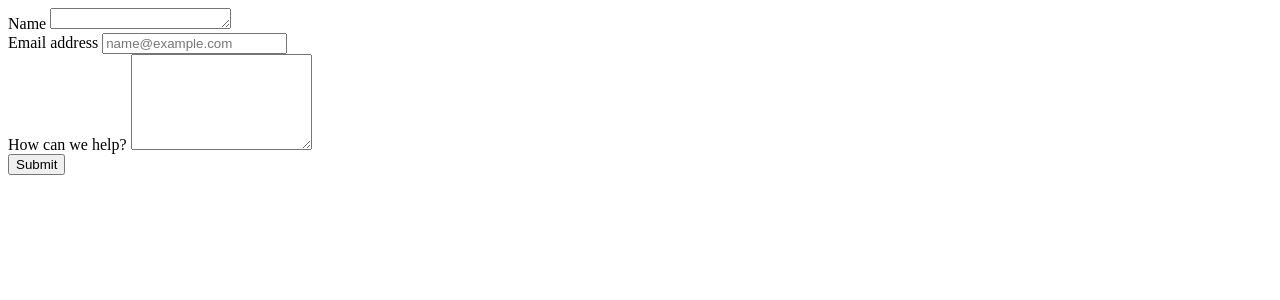
Repository: piemontc/dd-pharmacy
Page: public/pages/contact.html
The author's editor kept a record of every edit. The page is drawn from the files as they stood at one moment, then again after the next edit.
The browser window is 1280 px wide. The pictures show the whole page.

Above is the page before.

### public/pages/contact.html
<div class="row">
    <div class="col-lg-4"></div>
    <div class="col-lg-4">
        <form action="{{ 'https://www.enformed.io/YOUR_TOKEN' + token }}">
            <div class="form-group">
                <label for="name">Name</label>
                <textarea class="form-control" name="name" rows="1"></textarea>
            </div>
             <div class="form-group">
                <label for="email">Email address</label>
                <input type="email" class="form-control" name="email" placeholder="name@example.com" required>
            </div>
            <div class="form-group">
                <label for="message">How can we help?</label>
                <textarea class="form-control" name="message" rows="6" required></textarea>
            </div>
            <button type="submit" class="btn btn-primary">Submit</button>
        </form>
    </div>
    <div class="col-lg-4"></div>
</div>

After the next edit:
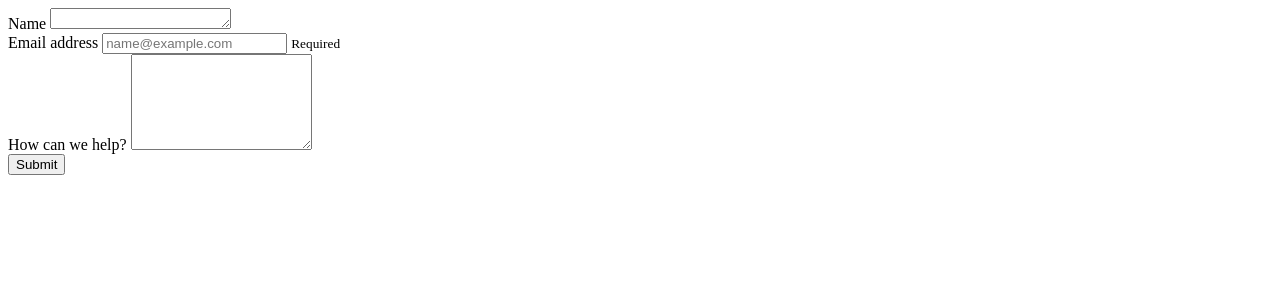
The edit:
--- a/public/pages/contact.html
+++ b/public/pages/contact.html
@@ -9,6 +9,7 @@
              <div class="form-group">
                 <label for="email">Email address</label>
                 <input type="email" class="form-control" name="email" placeholder="name@example.com" required>
+                <small>Required</small>
             </div>
             <div class="form-group">
                 <label for="message">How can we help?</label>
